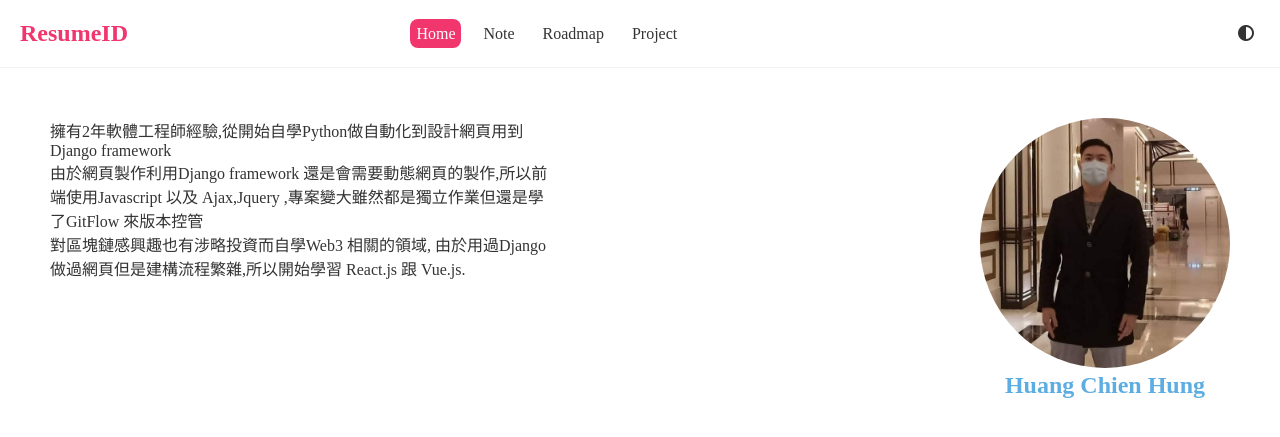
Repository: leo-play-code/ResumeID
Page: /
An editor plug-in stored every save of this project. The page is shown before and after the next save, followed by the edit.
The browser window is 1280 px wide. The pictures show the whole page.
Some web libraries are served in a nearby version. The project was rebuilt for these pictures with package versions that can differ from the ones it lists, and the page was loaded fresh each time. Also part of the build but not shown: src/Note/Note.js, src/Roadmap/Roadmap.js, src/Project/Project.js.

Above is the page before, as saved 2022-10-18 14:18:05.

After the next save:
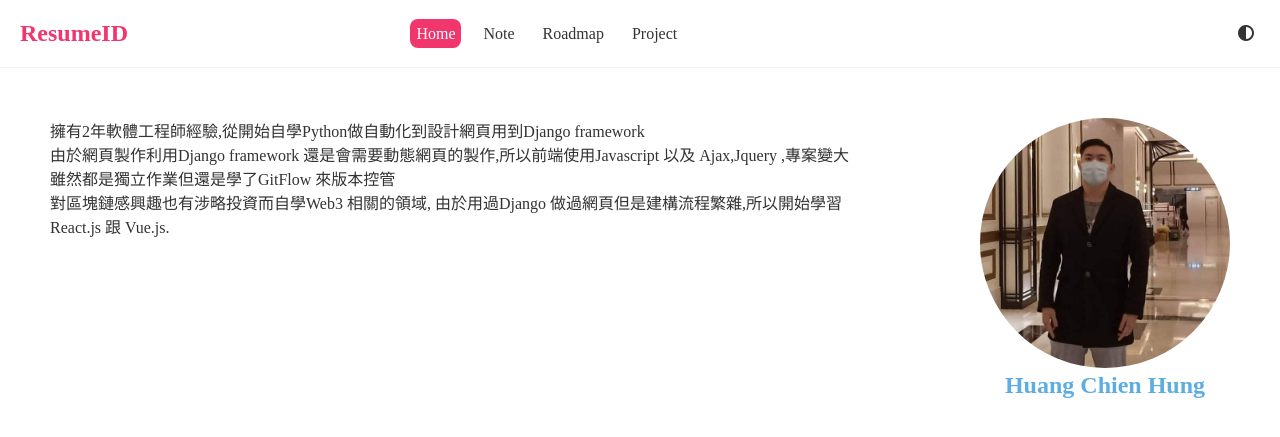
Saved 8 s later.
--- a/src/index.css
+++ b/src/index.css
@@ -56,7 +56,7 @@
 .Home .profile .introduction{
   margin: 50px;
   float:left;
-  width: 500px;
+  width: 800px;
 }
 
 .Home .profile .picture{
